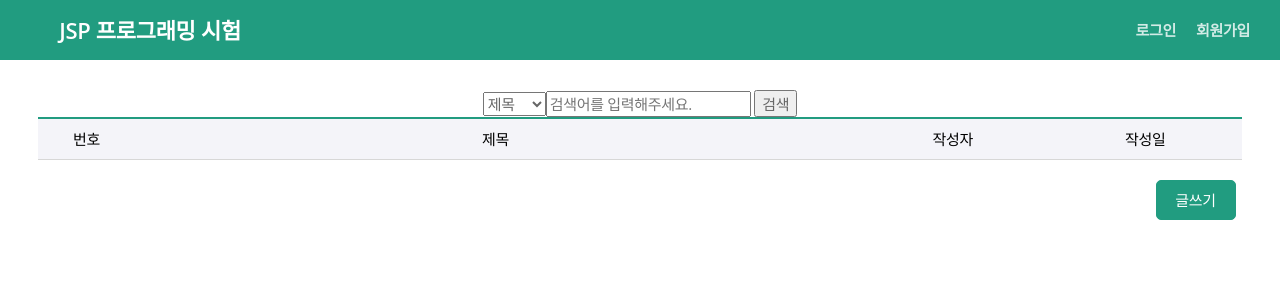
Repository: yujin149/noticeJSP
Page: http://localhost/BBS/bbs.jsp
An editor plug-in stored every save of this project. The page is shown before and after the next save, followed by the edit.
The browser window is 1280 px wide. The pictures show the whole page.
Some web libraries are served in a nearby version. The page is served by Tomcat 9. Other server files are loaded and not shown. Queries for data that is not in the repository find no rows.

Above is the page before, as saved 2024-11-29 06:42:20.

### BBS/src/main/webapp/bbs.jsp
<%@ page language="java" contentType="text/html; charset=UTF-8"
	pageEncoding="UTF-8"%>
<%@ page import="java.io.PrintWriter"%>
<%@ page import="bbs.BbsDAO"%>
<%@ page import="bbs.Bbs"%>
<%@ page import="java.util.ArrayList"%><!-- 게시판 목록을 출력하기 위해 -->
<!DOCTYPE html>
<html>
<head>
<meta charset="UTF-8">
<meta name="viewport" content="width=device-width" , initial-scale="1">
<link rel="stylesheet" href="css/reset.css">
<link rel="stylesheet" href="css/font.css">
<link rel="stylesheet" href="css/style.css">
<title>JSP 프로그래밍 시험</title>


</head>
<body>
	<div class="bbsWrap">
		<%
		String userID = null;
		if (session.getAttribute("userID") != null) {
			userID = (String) session.getAttribute("userID");
		}

		int pageNumber = 1;
		if (request.getParameter("pageNumber") != null) {
			pageNumber = Integer.parseInt(request.getParameter("pageNumber"));
		}
		%>
		<nav class="navWrap">
			<h1>
				<a href="bbs.jsp">JSP 프로그래밍 시험</a>
			</h1>

			<%
			if (userID == null) {
			%>
			<ul class="userMenu">
				<li><a href="login.jsp">로그인</a></li>
				<li><a href="join.jsp">회원가입</a></li>
			</ul>
			<%
			} else {
			%>
			<ul class="userMenu">
				<li><a href="logoutAction.jsp">로그아웃</a></li>
			</ul>
			<%
			}
			%>
		</nav>

		<div class="container">

			<div class="searchWrap">
				<form action="searchAction.jsp" method="get">
					<select name="searchField">
						<option value="bbsTitle">제목</option>
						<option value="userID">작성자</option>
					</select>
					<div class="search">
						<input type="text" name="searchText" placeholder="검색어를 입력해주세요.">
						<button type="submit" class="btn">검색</button>
					</div>
				</form>
			</div>
			<div class="tableWrap">
				<table>
					<colgroup>
						<col style="width: 8%">
						<col style="width: *">
						<col style="width: 16%">
						<col style="width: 16%">
					</colgroup>
					<thead>
						<tr>
							<th>번호</th>
							<th>제목</th>
							<th>작성자</th>
							<th>작성일</th>

						</tr>
					</thead>
					<tbody>
						<%
						BbsDAO bbsDAO = new BbsDAO();
						ArrayList<Bbs> list = bbsDAO.getList(pageNumber);
						for (int i = 0; i < list.size(); i++) {
						%>
						<tr>
							<td><%=list.get(i).getBbsNum()%></td>
							<td style="text-align: left;"><a
								href="view.jsp?bbsID=<%=list.get(i).getBbsNum()%>"> <%=list.get(i).getBbsTitle().replaceAll(" ", "&nbsp;").replaceAll("<", "&lt;").replaceAll(">", "&gt;")
		.replaceAll("\n", "<br>")%></a></td>

							<td><%=list.get(i).getUserID()%></td>
							<td><%=list.get(i).getBbsDate().substring(0, 11)%></td>
						</tr>
						<%
						}
						%>
					</tbody>

				</table>

			</div>
			<div class="btnWrap">
				<div class="prevnextBtn">
					<%
					if (pageNumber != 1) {
					%>
					<a href="bbs.jsp?pageNumber=<%=pageNumber - 1%>"
						class="btn btn-success btn-arraw-left">이전</a>
					<%
					}
					if (bbsDAO.nextPage(pageNumber + 1)) {
					%>
					<a href="bbs.jsp?pageNumber=
				<%=pageNumber + 1%>"
						class="btn btn-success btn-arraw-left">다음</a>
					<%
					}
					%>
				</div>
				<a href="write.jsp" class="btn btn-primary pull-right green-btn">글쓰기</a>
			</div>
		</div>
	</div>

	<script src="http://code.jquery.com/jquery-3.1.1.min.js"></script>
</body>
</html>

### BBS/src/main/java/bbs/BbsDAO.java
package bbs;

import java.sql.Connection;
import java.sql.DriverManager;
import java.sql.PreparedStatement;
import java.sql.ResultSet;
import java.util.ArrayList;

public class BbsDAO {
	private Connection conn;
	private ResultSet rs;

	public BbsDAO()
	{
		try
		{
			String dbURL = "jdbc:mysql://localhost:3306/testjsp";

			String dbID = "root";
			String dbPassword = "1234";
			Class.forName("com.mysql.jdbc.Driver");

			conn = DriverManager.getConnection(dbURL, dbID, dbPassword);
		}catch(Exception e)
		{
			e.printStackTrace();
		}
	}

	// 게시판 글쓰기를 위한 함수
	public String getDate()
	{
		String SQL = "SELECT NOW()";
		try {
			PreparedStatement pstmt = conn.prepareStatement(SQL);
			rs = pstmt.executeQuery();

			if(rs.next()) {
				return rs.getString(1);
			}

		} catch(Exception e) {
			e.printStackTrace();
		}
		return "";
	}

	public int getNext() // 게시글 번호 입력 함수
	{
		String SQL = "SELECT bbsNum FROM BBS ORDER BY bbsNum DESC";
		try {
			PreparedStatement pstmt = conn.prepareStatement(SQL);
			rs = pstmt.executeQuery();

			if(rs.next()) {
				return rs.getInt(1) + 1;
			}
			return 1;

		} catch(Exception e) {
			e.printStackTrace();
		}
		return -1;
	}

	public int write(String bbsTitle, String userID, String bbsContent)
	{
		String SQL = "INSERT INTO BBS VALUES (?, ?, ?, ?, ?, ?)";

		try {
			PreparedStatement pstmt = conn.prepareStatement(SQL);
			pstmt.setInt(1, getNext());
			pstmt.setString(2, bbsTitle);
			pstmt.setString(3, userID);
			pstmt.setString(4, getDate());
			pstmt.setString(5, bbsContent);
			pstmt.setInt(6, 1);

			return pstmt.executeUpdate();

		} catch(Exception e) {
			e.printStackTrace();
		}
		return -1;
	}

	public ArrayList<Bbs> getList(int pageNumber)
	{
		String SQL = "SELECT * FROM BBS WHERE bbsNum < ?  AND bbsAvailable = 1 ORDER BY bbsNum DESC LIMIT 10";

		ArrayList<Bbs> list = new ArrayList<Bbs>();
		try {
			PreparedStatement pstmt = conn.prepareStatement(SQL);
			pstmt.setInt(1, getNext() - (pageNumber - 1) * 10);

			rs = pstmt.executeQuery();

			while(rs.next()) {
				Bbs bbs = new Bbs();
				bbs.setBbsNum(rs.getInt(1));
				bbs.setBbsTitle(rs.getString(2));
				bbs.setUserID(rs.getString(3));
				bbs.setBbsDate(rs.getString(4));
				bbs.setBbsContent(rs.getString(5));
				bbs.setBbsAvailable(rs.getInt(6));
			    list.add(bbs);
			}
		} catch(Exception e) {
			e.printStackTrace();
		}
		return list;
	}

	public boolean nextPage(int pageNumber)
	{
		String SQL = "SELECT * FROM BBS WHERE bbsNum < ?  AND bbsAvailable = 1 ORDER BY bbsNUm DESC LIMIT 10";

		try {
			PreparedStatement pstmt = conn.prepareStatement(SQL);
			pstmt.setInt(1, getNext() - (pageNumber - 1) * 10);

			rs = pstmt.executeQuery();

			if(rs.next()) {
				return true;
			}
		} catch(Exception e) {
			e.printStackTrace();
		}
		return false;
	}

	public Bbs getBbs(int bbsNum) {
		String SQL = "SELECT * FROM BBS WHERE bbsNum = ?";
		try {
			PreparedStatement pstmt = conn.prepareStatement(SQL);
	        pstmt.setInt(1, bbsNum);
	        rs = pstmt.executeQuery();

			if(rs.next()) {
	            Bbs bbs = new Bbs();
	            bbs.setBbsNum(rs.getInt(1));
	            bbs.setBbsTitle(rs.getString(2));
	            bbs.setUserID(rs.getString(3));
	            bbs.setBbsDate(rs.getString(4));
	            bbs.setBbsContent(rs.getString(5));
	            bbs.setBbsAvailable(rs.getInt(6));
	            return bbs;
	        }
		} catch(Exception e) {
	        e.printStackTrace();
	    }
		return null;
	}

	public int update(int bbsNum, String bbsTitle, String bbsContent) {
		String SQL = "UPDATE BBS SET bbsTitle = ?, bbsContent =? WHERE bbsNum = ?";
		try {
			PreparedStatement pstmt = conn.prepareStatement(SQL);
			pstmt.setString(1, bbsTitle);
			pstmt.setString(2, bbsContent);
			pstmt.setInt(3, bbsNum);
			return pstmt.executeUpdate();
		}catch(Exception e){
			e.printStackTrace();
		}
		return -1;
	}

	public int delete(int bbsNum) {
		String SQL = "UPDATE BBS SET bbsAvailable = 0 WHERE bbsNum = ?";
		try {
			PreparedStatement pstmt = conn.prepareStatement(SQL);
			pstmt.setInt(1, bbsNum);
			return pstmt.executeUpdate();
		}catch(Exception e){
			e.printStackTrace();
		}
		return -1;
	}


	public ArrayList<Bbs> getSearch(String searchField, String searchText) {
	    String SQL = "";
	    ArrayList<Bbs> list = new ArrayList<Bbs>();

	    try {
	        if(searchField.equals("bbsTitle")) {
	            SQL = "SELECT * FROM BBS WHERE bbsTitle LIKE ? AND bbsAvailable = 1 ORDER BY bbsNum DESC";
	        } else if(searchField.equals("userID")) {
	            SQL = "SELECT * FROM BBS WHERE userID LIKE ? AND bbsAvailable = 1 ORDER BY bbsNum DESC";
	        }

	        PreparedStatement pstmt = conn.prepareStatement(SQL);
	        pstmt.setString(1, "%" + searchText + "%");
	        rs = pstmt.executeQuery();

	        while(rs.next()) {
	            Bbs bbs = new Bbs();
	            bbs.setBbsNum(rs.getInt(1));
	            bbs.setBbsTitle(rs.getString(2));
	            bbs.setUserID(rs.getString(3));
	            bbs.setBbsDate(rs.getString(4));
	            bbs.setBbsContent(rs.getString(5));
	            bbs.setBbsAvailable(rs.getInt(6));
	            list.add(bbs);
	        }
	    } catch(Exception e) {
	        e.printStackTrace();
	    }
	    return list;
	}

}

### BBS/src/main/webapp/css/reset.css
@charset "UTF-8";

html, body, div, span, applet, object, iframe,
h1, h2, h3, h4, h5, h6, p, blockquote, pre,
a, abbr, acronym, address, big, cite, code,
del, dfn, em, img, ins, kbd, q, s, samp,
small, strike, strong, sub, sup, tt, var,
b, u, i, center,
dl, dt, dd, ol, ul, li,
fieldset, form, label, legend,
table, caption, tbody, tfoot, thead, tr, th, td,
article, aside, canvas, details, embed,
figure, figcaption, footer, header, hgroup,
menu, nav, output, ruby, section, summary,
time, mark, audio, video {
	margin: 0;
	padding: 0;
	border: 0;
	font-size: 100%;
	font: inherit;
	vertical-align: inherit;
	box-sizing:border-box;
	transition:all .3s;
}
/* HTML5 display-role reset for older browsers */
article, aside, details, figcaption, figure,
footer, header, hgroup, menu, nav, section {
	display: block;
}
body {
	line-height: 1;
}
ol, ul {
	list-style: none;
}
blockquote, q {
	quotes: none;
}
blockquote:before, blockquote:after,
q:before, q:after {
	content: '';
	content: none;
}
table {
	border-collapse: collapse;
	border-spacing: 0;
}

button,
input,
select,
textarea {
	font-family: inherit; /* 1 */
	font-size: 100%; /* 2 */
	margin: 0; /* 3 */
}

button,
input {
	line-height: normal;
}

button,
select {
	text-transform: none;
}

button,
html input[type="button"], /* 1 */
input[type="reset"],
input[type="submit"] {
	-webkit-appearance: button; /* 2 */
	cursor: pointer; /* 3 */
}

button[disabled],
html input[disabled] {
	cursor: default;
    background: #f5f5f5;
    color:#666;
}

input[type="checkbox"],
input[type="radio"] {
	box-sizing: border-box; /* 1 */
	padding: 0; /* 2 */
}

input[type="search"] {
	-webkit-appearance: textfield; /* 1 */
	-moz-box-sizing: content-box;
	-webkit-box-sizing: content-box; /* 2 */
	box-sizing: content-box;
}

input[type="search"]::-webkit-search-cancel-button,
input[type="search"]::-webkit-search-decoration {
	-webkit-appearance: none;
}

button::-moz-focus-inner,
input::-moz-focus-inner {
	border: 0;
	padding: 0;
}

textarea {
	overflow: auto; /* 1 */
	vertical-align: top; /* 2 */
}
a {text-decoration:none;}
address {font-style:normal;}

caption {display:none}

### BBS/src/main/webapp/css/font.css
@charset "UTF-8";

@font-face {
    font-family: "Noto Sans KR";
    src: url('https://fonts.googleapis.com/css2?family=Noto+Sans+KR:wght@100;300;400;500;700;900&display=swap');
         unicode-range: U+AC00-D7A3;
        }

@font-face {
    font-family: 'roboto';
    src: url('https://fonts.googleapis.com/css2?family=Roboto:wght@100;300;400;500;700;900&display=swap');
         unicode-range: U+0030-0039;
}


html, body, table, input, textarea, nav, button, div, p, span,
#main_wrap span, h1, h2, h3, h4, h6, tr, td, ol, ul, li, select, pre {
    font-size:15px;
    font-family:"Noto Sans KR","roboto","Open Sans",Malgun Gothic,"맑은 고딕",AppleGothic,Dotum,"돋움",sans-serif;
    color:#666;letter-spacing: -0.3px; font-weight: 400;
}


.notosanskr {
 font-family: 'Noto Sans KR', sans-serif;
}

.roboto {
 font-family: 'roboto', sans-serif;
}

### BBS/src/main/webapp/css/style.css
@charset "UTF-8";
.bbsWrap{width:100%; margin:0 auto;}
.navWrap{width:100%; height:60px; background:#219c80; display:flex;
justify-content: space-between; align-items: center;padding: 0 30px;}
.navWrap h1 a{color:#fff; font-size:22px; font-weight:600; display:flex;
justify-content: center; align-items: center; width:240px; height:60px;}

.navWrap .userMenu{display:flex; justify-content: flex-end; align-items: center;}
.navWrap .userMenu a{color:rgba(255,255,255,0.8); font-size:15px; padding:0 10px;
font-weight:600;}
.navWrap .userMenu li:last-child a{padding-right:0;}
.navWrap .userMenu li.active a{color:#fff;}
.navWrap .userMenu a:hover{color:#fff;}


.bbsWrap .container{width:94%; margin:30px auto 0;}
.bbsWrap .container .tableWrap{width:100%; border-top: 2px solid #219c80;
border-bottom: 1px solid #d7d7d7;}

.bbsWrap .container .tableWrap table{table-layout: fixed; border-collapse: collapse;
width:100%;}
.bbsWrap .container .tableWrap table tr th{display:table-cell; vertical-align:middle; padding:0 10px; background: #f4f4f9;
height: 40px; font-size: 15px; color:#000;}
.bbsWrap .container .tableWrap table tr td{display:table-cell; vertical-align:middle; padding:0 10px; font-size: 15px;
border-top: 1px solid #d7d7d7; line-height: 1.3; height: 50px; text-align: center; cursor:pointer;}

.bbsWrap .container .tableWrap table tr td a{color:#666; display:block;}

.bbsWrap .container .tableWrap table tr:hover td{background:#f4f4f9;}

.bbsWrap .container .tableWrap.writeTable table tr td{border-top:none; border-bottom:1px solid #d7d7d7; padding:0; cursor:auto;}
.bbsWrap .container .tableWrap.writeTable table tr:hover td, .bbsWrap .container .tableWrap.viewTable table tr:hover td{background:inherit;}
.bbsWrap .container .writeTable table tr td input{width:100%; height:100%; border:none; padding:0 20px; outline:none;}
.bbsWrap .container .writeTable table tr td textarea{width:100%; min-height:580px; border:none; padding:20px; outline:none;
resize:none;}

.bbsWrap .container .tableWrap.viewTable table tr th{height:50px;}
.bbsWrap .container .viewTable table tr td{cursor:auto;}
.bbsWrap .container .viewTable table tr td.tit {color:#000; background:#f4f4f9;}
.bbsWrap .container .viewTable table tr:hover td.tit {color:#000; background:#f4f4f9;}
.bbsWrap .container .viewTable table tr td.text {text-align:left;}
.bbsWrap .container .viewTable table tr td.textBox{padding:20px;}


.btnWrap{display:flex;justify-content: space-between; align-items: center; margin-top:20px;}
.btnWrap .prevnextBtn{display:flex;}
.btnWrap .btn{display:flex;justify-content: center;align-items: center;
width:50px; height:40px; background:#eee; border-radius:5px; border:1px solid #d7d7d7; color:#666; margin-right:6px;}
.btnWrap .btn:hover{background:#219c80; color:#fff; border-color:#219c80;}
.btnWrap .btn.green-btn{background:#219c80; color:#fff; width:80px; border-color:#219c80;}


/*로그인*/
.loginWrap{width:480px; margin:60px auto 0; background: #fff; box-shadow: 3px 3px 5px rgba(55, 55, 55, 0.1);
padding:60px;}
.loginWrap h2{font-size:28px; font-weight:600; text-align:center; color:#000; margin-bottom:40px;}
.loginWrap ul li{margin-bottom:10px;}
.loginWrap ul li input {width:100%; height:40px; border:1px solid #d7d7d7;
border-radius:5px; outline:none; padding:0 10px; box-sizing:border-box;}
.loginWrap .loginBtn{width:100%; background:#219c80; color:#fff; border-radius:5px;
border:1px solid #219c80; height:40px; font-size:16px; font-weight:600; height:45px;}

.loginWrap ul li input[type='radio'] {
  -webkit-appearance: none;-moz-appearance: none;appearance: none; width: 15px;
  height: 15px; border: 1px solid #d7d7d7; border-radius: 50%; outline: none;  cursor: pointer; padding:0;}
.loginWrap ul li input[type='radio']:checked { background: #219c80; border: 3px solid white; box-shadow: 0 0 0 1px #219c80;}

.loginWrap ul li.radioList{display:flex; justify-content: center; align-items:center; padding:10px 0;}
.loginWrap ul li.radioList label{display:flex; justify-content: flex-start; align-items:center; cursor:pointer;}
.loginWrap ul li.radioList label input{margin-right:5px;}
.loginWrap ul li.radioList label:first-child{margin-right:20px;}


/*검색조건*/
.searchWrap form{display:flex; justify-content: center; align-items: center;}

After the next save:
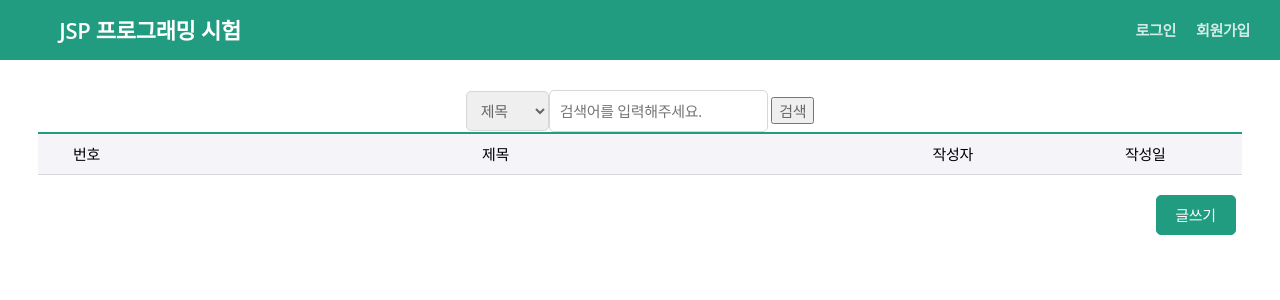
Saved 48 s later.
--- a/BBS/src/main/webapp/css/style.css
+++ b/BBS/src/main/webapp/css/style.css
@@ -73,3 +73,5 @@ border:1px solid #219c80; height:40px; font-size:16px; font-weight:600; height:4
 
 /*검색조건*/
 .searchWrap form{display:flex; justify-content: center; align-items: center;}
+.searchWrap input, .searchWrap select{height:40px; border:1px solid #d7d7d7;
+padding:0 10px; border-radius:5px;}
